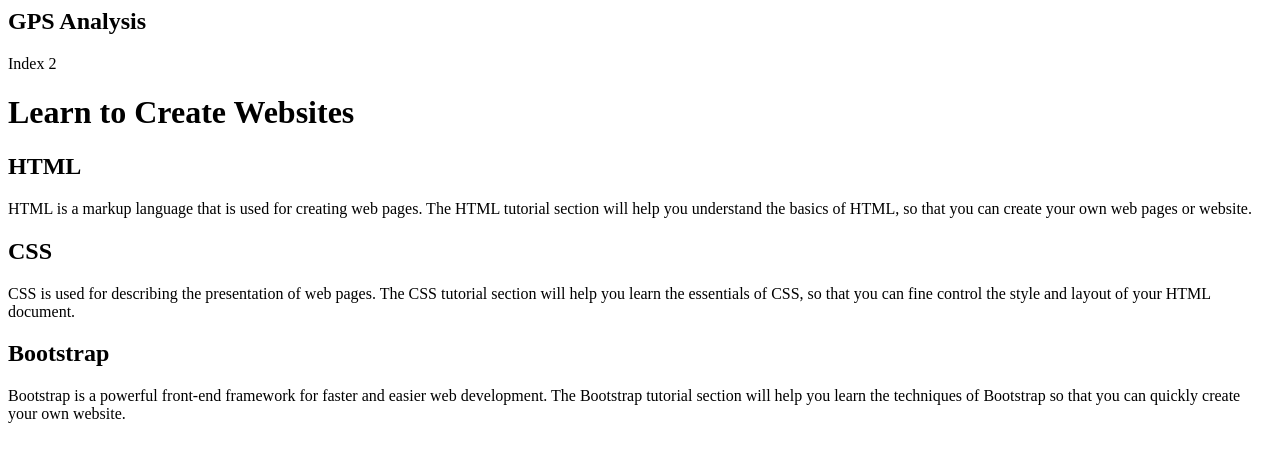
Repository: hanjangchen/Raspberry
Page: prjGAEGPSAnalysis/prjGPSAnalysis/src/static/my_ng_templates/desktop/index_2.html
These files come from the project's save history. The page is drawn as it stood at one moment and after the next save; the edit follows.
The browser window is 1280 px wide. The pictures show the whole page.

Above is the page before, as saved 2014-10-17 22:18:03.

After the next save:
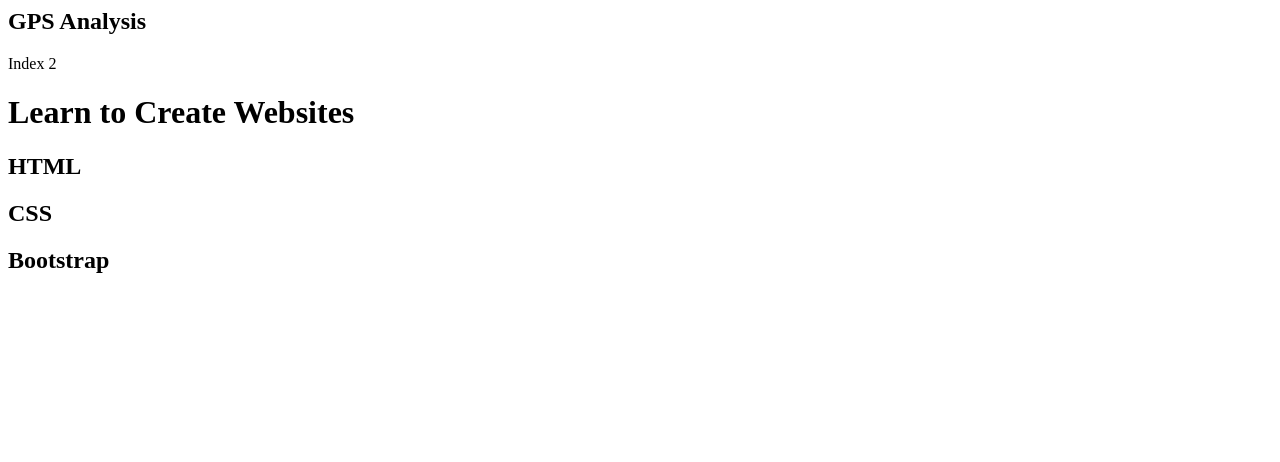
Saved 9 min 24 s later.
--- a/prjGAEGPSAnalysis/prjGPSAnalysis/src/static/my_ng_templates/desktop/index_2.html
+++ b/prjGAEGPSAnalysis/prjGPSAnalysis/src/static/my_ng_templates/desktop/index_2.html
@@ -16,23 +16,12 @@
 	<div class="row">
 		<div class="col-xs-4">
 			<h2>HTML</h2>
-			<p>HTML is a markup language that is used for creating web pages.
-				The HTML tutorial section will help you understand the basics of
-				HTML, so that you can create your own web pages or website.</p>
 		</div>
 		<div class="col-xs-4">
 			<h2>CSS</h2>
-			<p>CSS is used for describing the presentation of web pages. The
-				CSS tutorial section will help you learn the essentials of CSS, so
-				that you can fine control the style and layout of your HTML
-				document.</p>
 		</div>
 		<div class="col-xs-4">
 			<h2>Bootstrap</h2>
-			<p>Bootstrap is a powerful front-end framework for faster and
-				easier web development. The Bootstrap tutorial section will help you
-				learn the techniques of Bootstrap so that you can quickly create
-				your own website.</p>
 		</div>
 	</div>
 </div>
